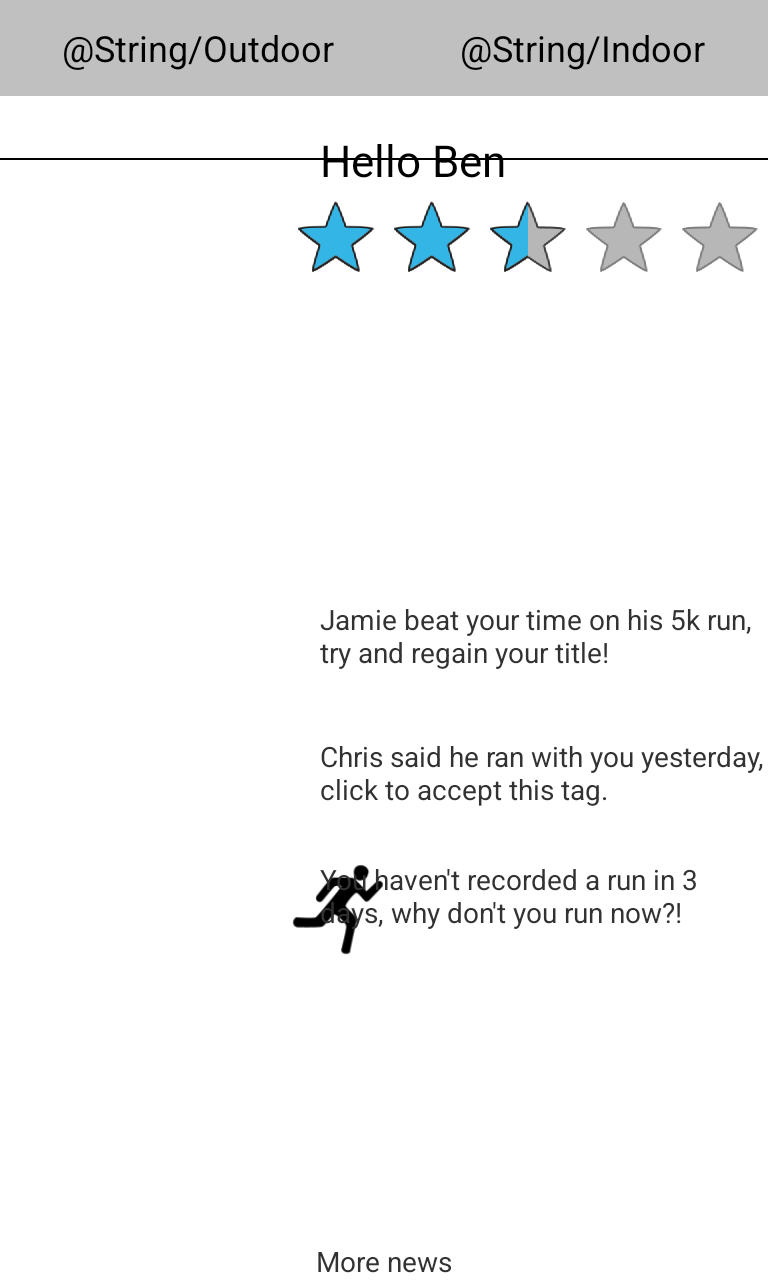
Repository: jamiemorris1991/GoMotion
Layout: GoMotion/res/layout/activity_home.xml
These files come from the project's save history. The layout is drawn as it stood at one moment and after the next save; the edit follows.
It is drawn on a 768 x 1280 px phone screen (xhdpi) without system bars, with theme AppTheme; the app's code is not run.

Above is the layout before, as saved 2012-11-24 16:11:06.

### GoMotion/res/layout/activity_home.xml
<?xml version="1.0" encoding="utf-8"?>
<RelativeLayout xmlns:android="http://schemas.android.com/apk/res/android"
    android:layout_width="match_parent"
    android:layout_height="match_parent"
    android:orientation="vertical" >

    <LinearLayout
        xmlns:android="http://schemas.android.com/apk/res/android"
        android:id="@+id/linearLayout1"
        android:layout_width="match_parent"
        android:layout_height="wrap_content" >

        <Button
            android:id="@+id/btnOut"
            android:layout_width="wrap_content"
            android:layout_height="wrap_content"
            android:layout_gravity="center_vertical"
            android:layout_weight="1"
            android:background="@color/topNavBar"
            android:text="@String/Outdoor"
            android:textColor="@color/topNavBarText" />

        <Button
            android:id="@+id/btnIn"
            android:layout_width="wrap_content"
            android:layout_height="wrap_content"
            android:layout_gravity="center_vertical"
            android:layout_weight="1"
            android:background="@color/topNavBar"
            android:text="@String/Indoor"
            android:textColor="@color/topNavBarText" />
    </LinearLayout>

    <View
        android:id="@+id/view1"
        android:layout_width="fill_parent"
        android:layout_height="1dip"
        android:layout_alignParentLeft="true"
        android:layout_below="@+id/quickContactBadge1"
        android:layout_marginTop="14dp"
        android:background="#000000" />

    <RatingBar
        android:id="@+id/ratingBar1"
        android:layout_width="wrap_content"
        android:layout_height="wrap_content"
        android:layout_alignParentRight="true"
        android:layout_below="@+id/textView1"
        android:minHeight="57dp"
        android:numStars="5"
        android:rating="2.5" />

    <QuickContactBadge
        android:id="@+id/quickContactBadge1"
        android:layout_width="wrap_content"
        android:layout_height="wrap_content"
        android:layout_below="@+id/linearLayout1"
        android:layout_marginTop="17dp"
        android:layout_toLeftOf="@+id/ratingBar1" />

    <TextView
        android:id="@+id/textView1"
        android:layout_width="wrap_content"
        android:layout_height="wrap_content"
        android:layout_alignLeft="@+id/ratingBar1"
        android:layout_alignTop="@+id/quickContactBadge1"
        android:layout_marginLeft="16dp"
        android:text="Hello Ben"
        android:textAppearance="?android:attr/textAppearanceLarge" />

    <TextView
        android:id="@+id/textView2"
        android:layout_width="wrap_content"
        android:layout_height="wrap_content"
        android:layout_alignLeft="@+id/textView1"
        android:layout_alignTop="@+id/quickContactBadge2"
        android:text="Jamie beat your time on his 5k run, try and regain your title!"
        android:textAppearance="?android:attr/textAppearanceSmall" />

    <QuickContactBadge
        android:id="@+id/quickContactBadge2"
        android:layout_width="wrap_content"
        android:layout_height="40dp"
        android:layout_centerVertical="true"
        android:layout_toLeftOf="@+id/ratingBar1" />

    <QuickContactBadge
        android:id="@+id/QuickContactBadge01"
        android:layout_width="wrap_content"
        android:layout_height="40dp"
        android:layout_below="@+id/quickContactBadge2"
        android:layout_marginTop="24dp"
        android:layout_toLeftOf="@+id/ratingBar1" />

    <ImageView
        android:id="@+id/imageView1"
        android:layout_width="50dp"
        android:layout_height="50dp"
        android:layout_alignLeft="@+id/QuickContactBadge01"
        android:layout_below="@+id/QuickContactBadge01"
        android:layout_marginTop="26dp"
        android:src="@drawable/ic_run" />

    <TextView
        android:id="@+id/TextView01"
        android:layout_width="wrap_content"
        android:layout_height="wrap_content"
        android:layout_alignBottom="@+id/QuickContactBadge01"
        android:layout_alignLeft="@+id/textView2"
        android:text="Chris said he ran with you yesterday, click to accept this tag."
        android:textAppearance="?android:attr/textAppearanceSmall" />

    <TextView
        android:id="@+id/TextView02"
        android:layout_width="wrap_content"
        android:layout_height="wrap_content"
        android:layout_alignLeft="@+id/TextView01"
        android:layout_alignTop="@+id/imageView1"
        android:text="You haven&apos;t recorded a run in 3 days, why don&apos;t you run now?!"
        android:textAppearance="?android:attr/textAppearanceSmall" />

    <TextView
        android:id="@+id/textView3"
        android:layout_width="wrap_content"
        android:layout_height="wrap_content"
        android:layout_alignParentBottom="true"
        android:layout_centerHorizontal="true"
        android:text="More news" />

</RelativeLayout>

### GoMotion/res/values/colors.xml
<?xml version="1.0" encoding="utf-8"?>
<resources>
    <color name="buttons">#C0C0C0</color>
    <color name="topNavBar">#C0C0C0</color>
    <color name="buttonsText">#FFFFFF</color>
    <color name="topNavBarText">#000000</color>
    <color name="goBlue">#6488D9</color>
    <color name="goGrey">#AAAAAA</color>
    <color name="background">#FFFFFF</color>
    <color name="timerBackground">#435888</color>
    <color name="blueBackground">#E4E4FF</color>
    <color name="hoverBlue">#0000FF</color>
</resources>

Loaded but not shown: GoMotion/res/values-v11/styles.xml (common file); GoMotion/res/values-v14/styles.xml (common file); GoMotion/res/values/styles.xml (common file)

After the next save:
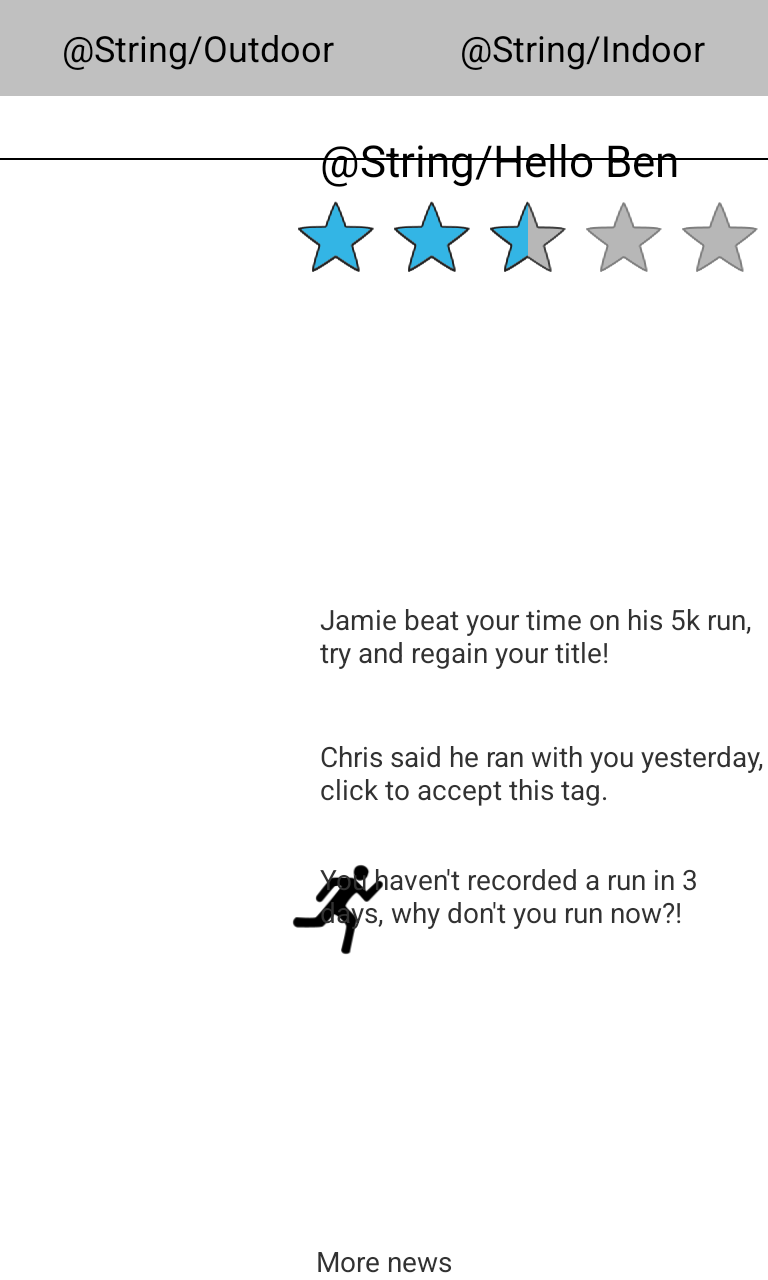
Saved 17 s later.
--- a/GoMotion/res/layout/activity_home.xml
+++ b/GoMotion/res/layout/activity_home.xml
@@ -65,7 +65,7 @@
         android:layout_alignLeft="@+id/ratingBar1"
         android:layout_alignTop="@+id/quickContactBadge1"
         android:layout_marginLeft="16dp"
-        android:text="Hello Ben"
+        android:text="@String/Hello Ben"
         android:textAppearance="?android:attr/textAppearanceLarge" />
 
     <TextView
